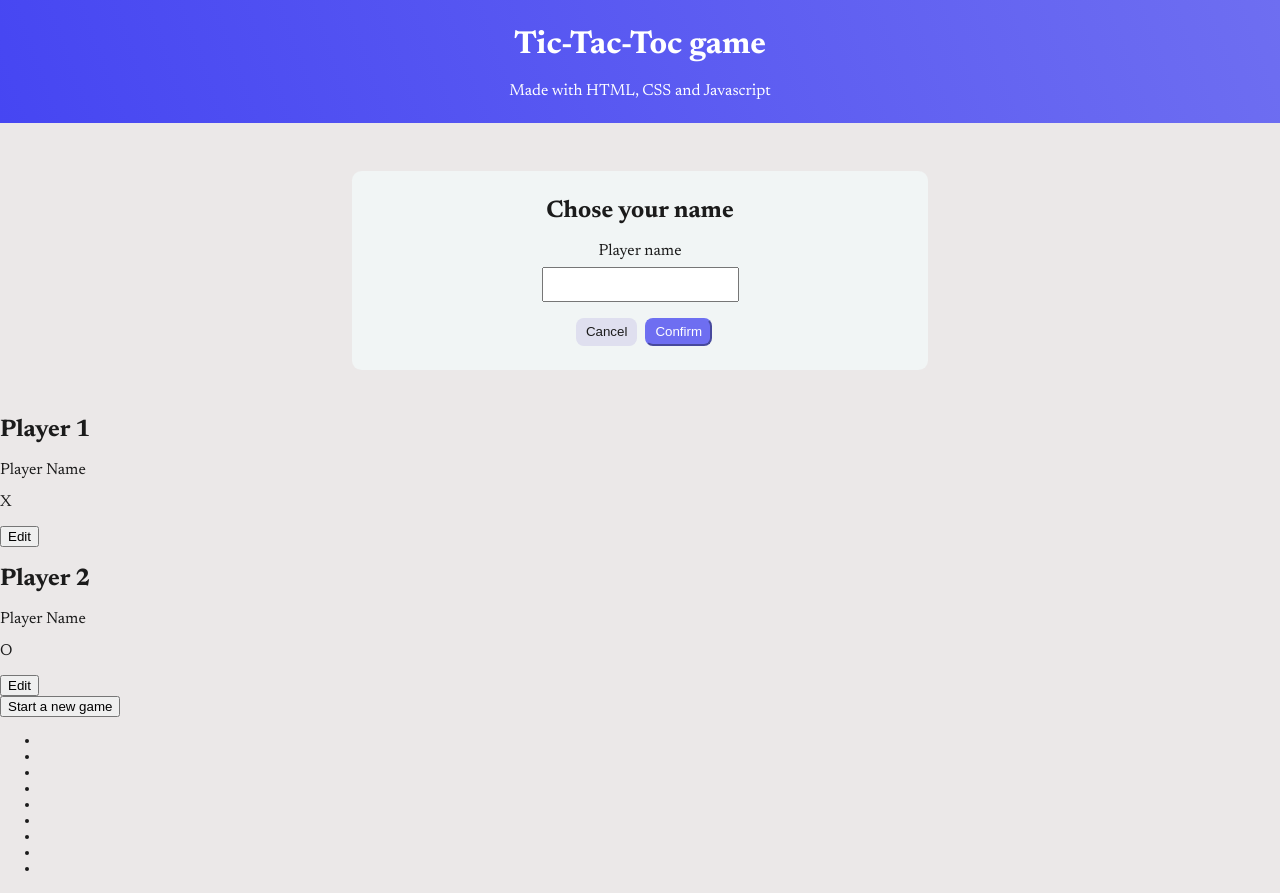
Repository: MicTomm/Tic-tac-toe-game
Page: index.html
An editor plug-in stored every save of this project. The page is shown before and after the next save, followed by the edit.
The browser window is 1280 px wide. The pictures show the whole page.

Above is the page before, as saved 2023-06-22 23:50:20.
Not found: js-code

### index.html
<!DOCTYPE html>
<html lang="en">

<head>
    <meta charset="UTF-8">
    <meta name="viewport" content="width=device-width, initial-scale=1.0">
    <title>Tic-Tac-Toe</title>
    <link rel="preconnect" href="https://fonts.googleapis.com">
    <link rel="preconnect" href="https://fonts.gstatic.com" crossorigin>
    <link href="https://fonts.googleapis.com/css2?family=Newsreader:wght@400;700&display=swap" rel="stylesheet">
    <link href="/styles.css" rel="stylesheet">
    <script src="js-code" defer></script>
</head>

<body>
    <header id="main-header">
        <h1>Tic-Tac-Toc game</h1>
        <p>Made with HTML, CSS and Javascript</p>
    </header>
    <main>
        <aside>
            <header id="id="aside-header>
                <h2>Chose your name</h2>
            </header>
            <form>
                <div id="aside-input-container">
                    <label for="choosing-player-name">Player name</label>
                    <input type="text" id="choosing-player-name">
                </div>
                <div id="aside-buttons-container">
                    <button type="button" class="btn alternative-btn">Cancel</button>
                    <button type="submit" class="btn">Confirm</button>
                </div>
            </form>
        </aside>
        <section id="game-configuration">
            <article>
                <div id="player1-container">
                    <h2>Player 1</h2>
                    <p>Player Name</p>
                    <p>X</p>
                    <button>Edit</button>
                </div>
            </article>
            <article>
                <div id="player2-container">
                    <h2>Player 2</h2>
                    <p>Player Name</p>
                    <p>O</p>
                    <button>Edit</button>
                </div>
            </article>
        </section>
        <section id="game-execution">
            <button type="button">Start a new game</button>
            <ul>
                <li></li>
                <li></li>
                <li></li>

                <li></li>
                <li></li>
                <li></li>

                <li></li>
                <li></li>
                <li></li>
            </ul>
        </section>
    </main>

</body>

</html>

### styles.css
body{
    margin: 0;
    background-color: rgb(235, 232, 232);
    font-family: 'Newsreader', serif;
    color: rgb(27, 27, 27);
}

#main-header{
    background: linear-gradient(70deg, rgb(70, 70, 242), rgb(110, 110, 241));
    color: white;
    padding: 0.5rem 5%;
    text-align: center;
}

.btn{
    background-color: rgb(110, 110, 241);
    border-color: rgb(110, 112, 241);
    color: white;
    border-radius: 8px;
    padding: 0.3rem 0.5rem;
}

.alternative-btn{
    background-color: rgb(223, 223, 239);
    border-color: transparent;
    color: rgb(27, 27, 27);
    margin: 0.5rem;
}

.btn:hover{
    background-color:  rgb(127, 127, 233);
    box-shadow: 1px 1px 2px rgb(27, 27, 27);
}

.alternative-btn:hover{
    background-color: rgb(210, 210, 235);
    border-color: rgb(195, 195, 236);
}

aside{
    text-align: center;
    background-color: rgb(241, 245, 245);
    width: 45%;
    margin: 3rem auto;
    border-radius: .6rem;
    padding: .5rem 0rem;
}

form{
    display: flex;
    flex-flow: column;
}

form label{
    display: block;
    margin-bottom: .5rem;
}

form input{
    padding: .5rem;
}

form #aside-buttons-container{
    display: flex;
    flex-flow: row;
    justify-content: center;
    align-items: center;
    margin: .5rem;
}

After the next save:
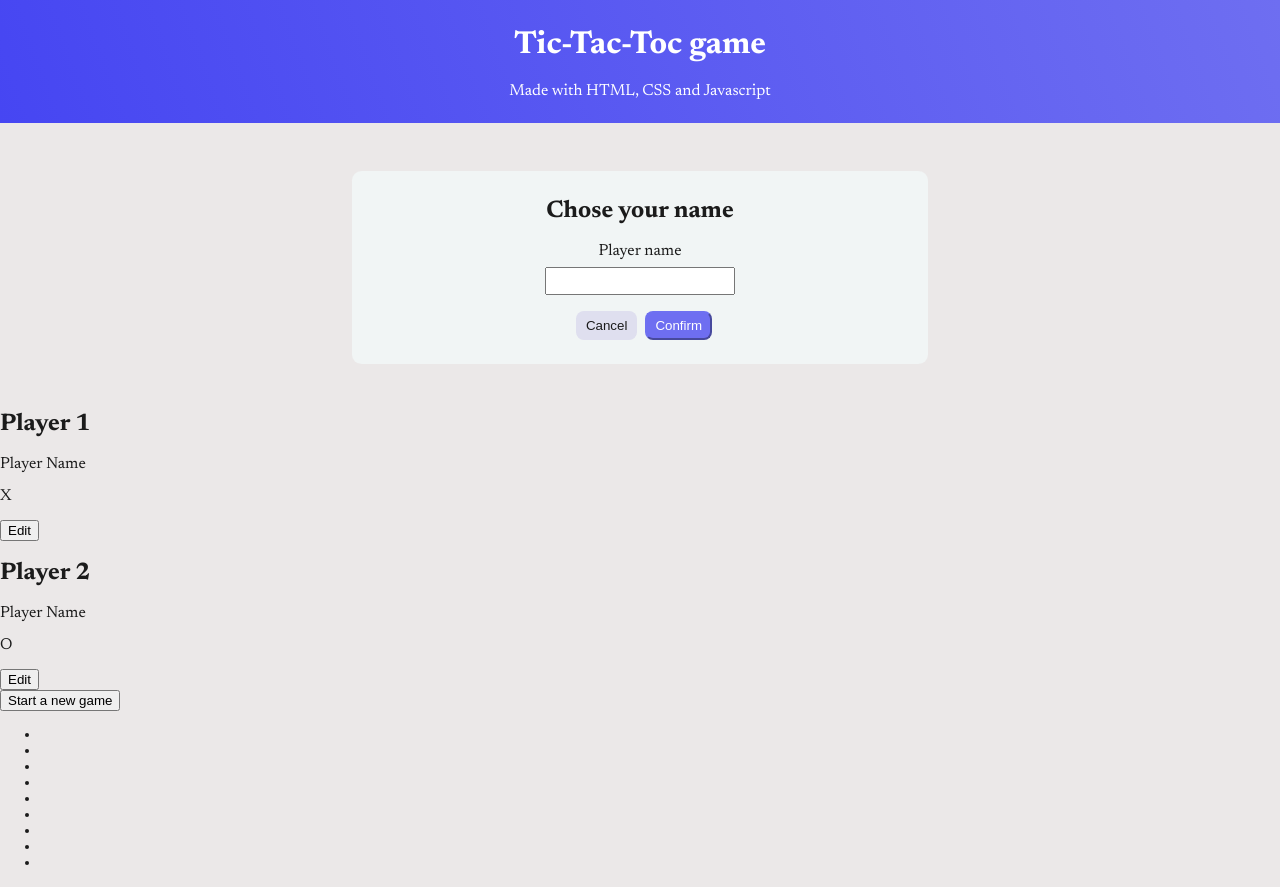
Saved 24 s later.
--- a/styles.css
+++ b/styles.css
@@ -57,7 +57,7 @@ form label{
 }
 
 form input{
-    padding: .5rem;
+    padding: .3rem;
 }
 
 form #aside-buttons-container{
